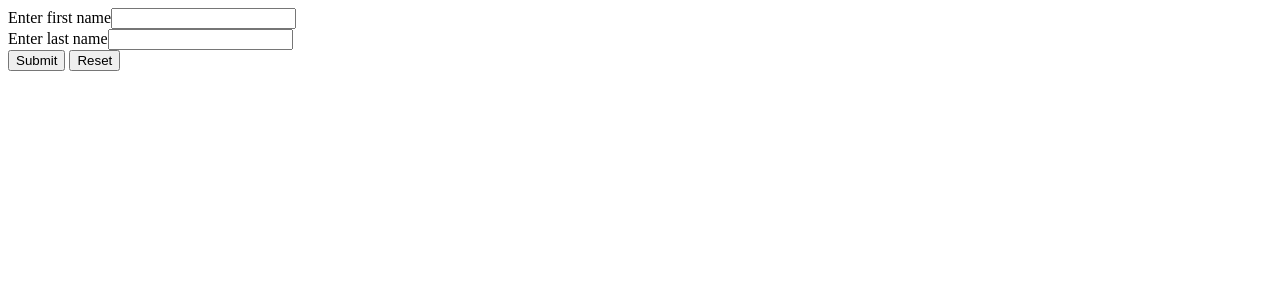
Repository: Bindu2296/allProjects
Page: FormsUsingServlets/WebContent/forms.html
An editor plug-in stored every save of this project. The page is shown before and after the next save, followed by the edit.
The browser window is 1280 px wide. The pictures show the whole page.

Above is the page before, as saved 2019-03-25 11:29:33.

After the next save:
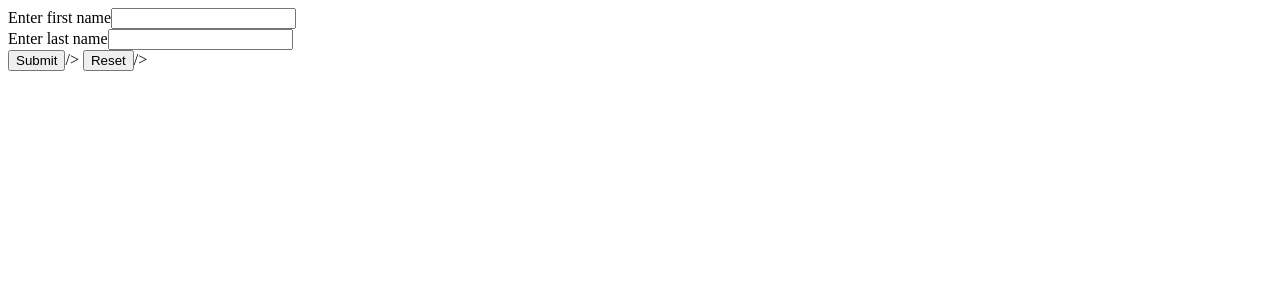
Saved 6 min 40 s later.
--- a/FormsUsingServlets/WebContent/forms.html
+++ b/FormsUsingServlets/WebContent/forms.html
@@ -8,9 +8,9 @@
 <form action="register.do">
 <label>Enter first name</label><input name="firstname" type="text"/><br>
 <label>Enter last name</label><input name="lastname" type="text"/><br>
-<input type="submit"/>
+<button type="submit">Submit</button>/>
+<button type="reset">Reset</button>/>
 
-<input type="reset"/>
 
 
 </form>

After the save that followed:
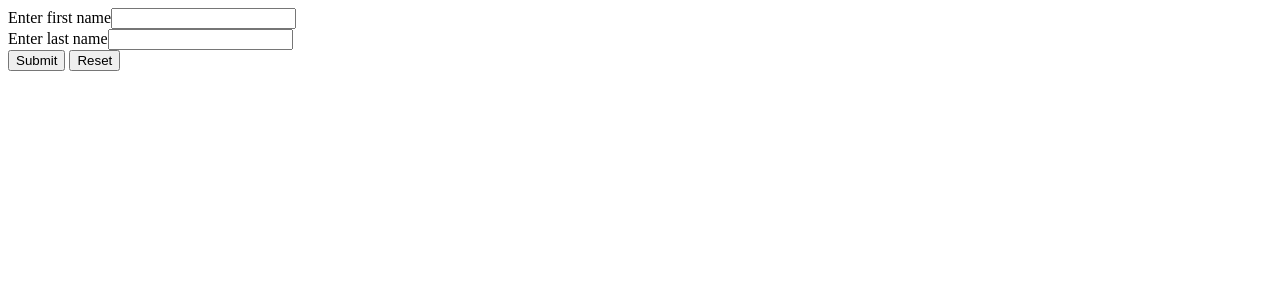
Saved 57 s later.
--- a/FormsUsingServlets/WebContent/forms.html
+++ b/FormsUsingServlets/WebContent/forms.html
@@ -8,8 +8,8 @@
 <form action="register.do">
 <label>Enter first name</label><input name="firstname" type="text"/><br>
 <label>Enter last name</label><input name="lastname" type="text"/><br>
-<button type="submit">Submit</button>/>
-<button type="reset">Reset</button>/>
+<button type="submit">Submit</button>
+<button type="reset">Reset</button>
 
 
 
